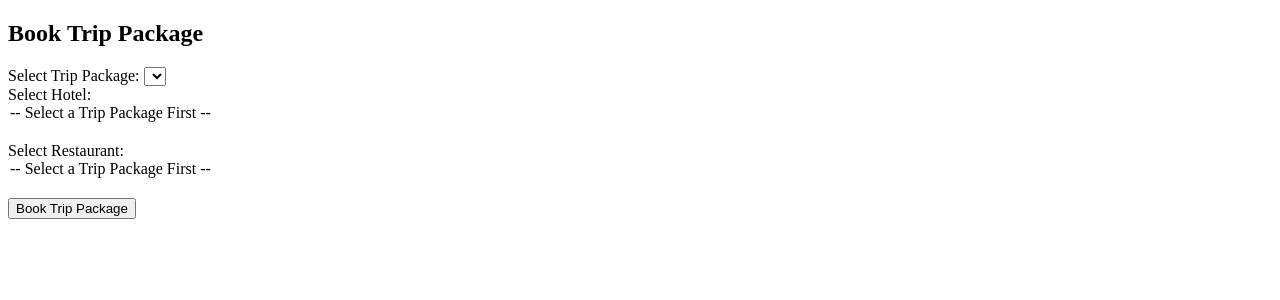
Repository: nyeinsu4520/tourland
Page: http://localhost/TripBooking
The author's editor kept a copy of each file at every save. The page is drawn from the files as they stood at one save, then again after the next save.
The browser window is 1280 px wide. The pictures show the whole page.
The page is this project's Thymeleaf template; nobody is signed in. The template is opened directly, without the code that normally fills it, so the values that code supplies are empty.

Above is the page before, as saved 2024-06-29 11:43:01.

After the next save:
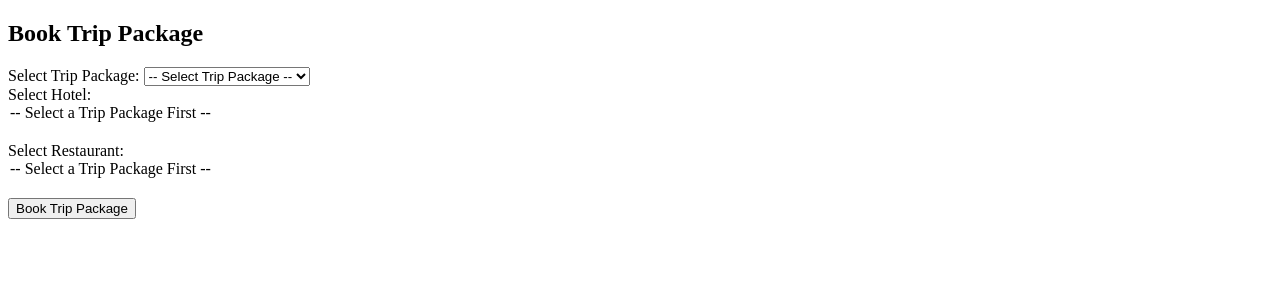
Saved 118 s later.
--- a/Tourland/src/main/resources/templates/TripBooking.html
+++ b/Tourland/src/main/resources/templates/TripBooking.html
@@ -35,6 +35,7 @@
         <!-- Select Trip Package -->
         <label>Select Trip Package:</label>
         <select id="tripPackageId" name="tripPackageId">
+            <option value="">-- Select Trip Package --</option>
             <option th:each="tripPackage : ${tripPackages}"
                     th:value="${tripPackage.id}"
                     th:text="${tripPackage.name}"></option>
